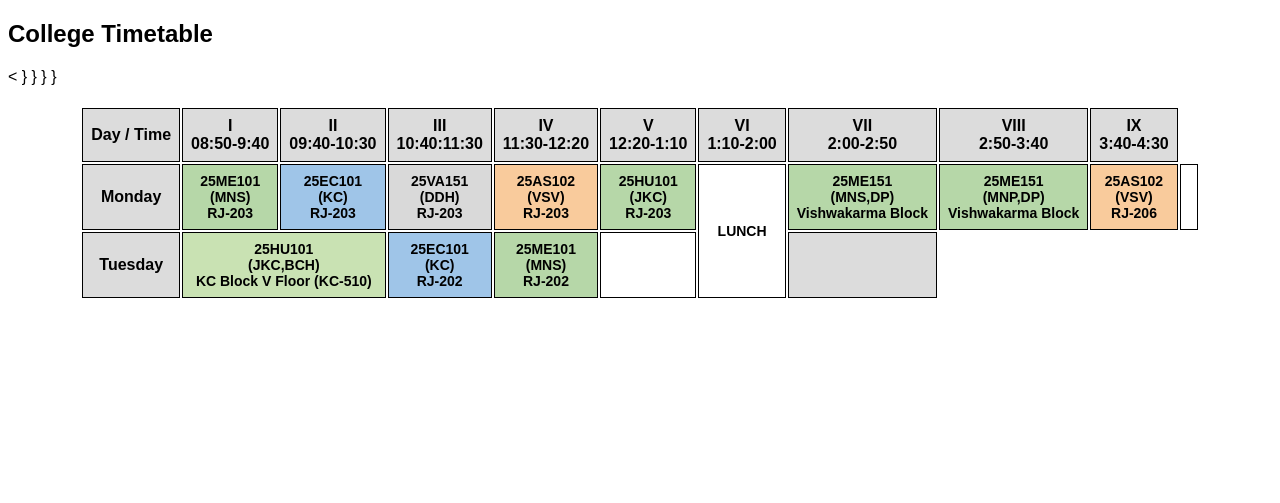
Repository: Glory998/ELCE1-32
Page: experiment3.html
These files come from the project's save history. The page is drawn as it stood at one moment and after the next save; the edit follows.
The browser window is 1280 px wide. The pictures show the whole page.

Above is the page before, as saved 2025-10-23 20:00:54.

### experiment3.html
<!DOCTYPE html>
<html lang="en">
    <head>
        <meta charset="UTF"-8>
        <meta name="viewport"
        content="width=device-width,
        initial-scale=1.0">
        <title>Class Timetable</title>
        <style>
            body {
                font-family: Arial, sans-serif;
                text-align: center
                background-color: #f9f9f9;
            }
            table {
                width: 100%
                border-collapse: collapse;
            margin: 20px auto;
            }
            th, td {
                border: 1px solid #000;
                padding: 8px;
                text-align: center;
            }
            th {
                background-color: #dcdcdc;
            }
            td {
                font-size: 14px;
                font-weight: bold;
            }
            /* Subject Color */
            .green { background-color:
                #b6d7a8; }  /* MNS */
                .blue { background-color:
                    #9fc5e8; }  /* KC */
                    .orange {  background-color:
            #f9cb9c; }  /* VSV */
            .yellow { background-color:
                #fff200; }  /* NS */
                .lightgreen { background-color:
                    #c9e2b3; }  /* Mentor/mentee */
                    .grey { background-color:
                        #d9d9d9; }  /* DDH */
                        .cream { background-color:
                            #fff2cc; }  /* AKS */
                            .lightblue { background-color:
                                #a2c4c9; }  /* Lab blocks */
                                </style>
                                </head>
                                <body>

                                    <h2>College Timetable</h2>

                                    <table>
                                        <tr>
                                            <th>Day / Time</th>
                                            <th>I<br>08:50-9:40</th>
                                            <th>II<br>09:40-10:30</th>
                                            <th>III<br>10:40:11:30</th>
                                            <th>IV<br>11:30-12:20</th>
                                            <th>V<br>12:20-1:10</th>
                                            <th>VI<br>1:10-2:00</th>
                                            <th>VII<br>2:00-2:50</th>
                                            <th>VIII<br>2:50-3:40</th>
                                            <th>IX<br>3:40-4:30</th>
                                            </tr>

                                            <tr>
                                                <th>Monday</th>
                                                <td
                                                class="green">25ME101<br>(MNS)<br>RJ-203</td>
                                                <td
                                                class="blue">25EC101<br>(KC)<br>RJ-203</td>
                                                <td
                                                class="grey">25VA151<br>(DDH)<br>RJ-203</td>
                                                <td
                                                class="orange">25AS102<br>(VSV)<br>RJ-203</td>
                                                <td
                                                class="green">25HU101<br>(JKC)<br>RJ-203</td>
                                                <td rowspan="5">LUNCH</td>
                                                <td
                                                class="green">25ME151<br>(MNS,DP)<br>Vishwakarma Block</td>
                                                <td
                                                class="green">25ME151<br>(MNP,DP)<br>Vishwakarma Block</td>
                                                <td
                                                class="orange">25AS102<br>(VSV)<br>RJ-206</td>
                                                <td></td>
                                                </tr>
                                                <th>Tuesday</th>
                                                <td colspan="2"
                                                class="lightgreen">25HU101<br>(JKC,BCH)<br>KC Block V Floor (KC-510)</td>
                                                <td
                                                class="blue">25EC101<br>(KC)<br>RJ-202</td>
                                                <td
                                                class="green">25ME101<br>(MNS)<br>RJ-202</td>
                                                <td


                                                <tr>
                                                    <th
                                                </tr>


</td>                                        </tr>
                                    <
                                </body>
            }
            }

            }


            }

        </style>

    </head>
</html>

After the next save:
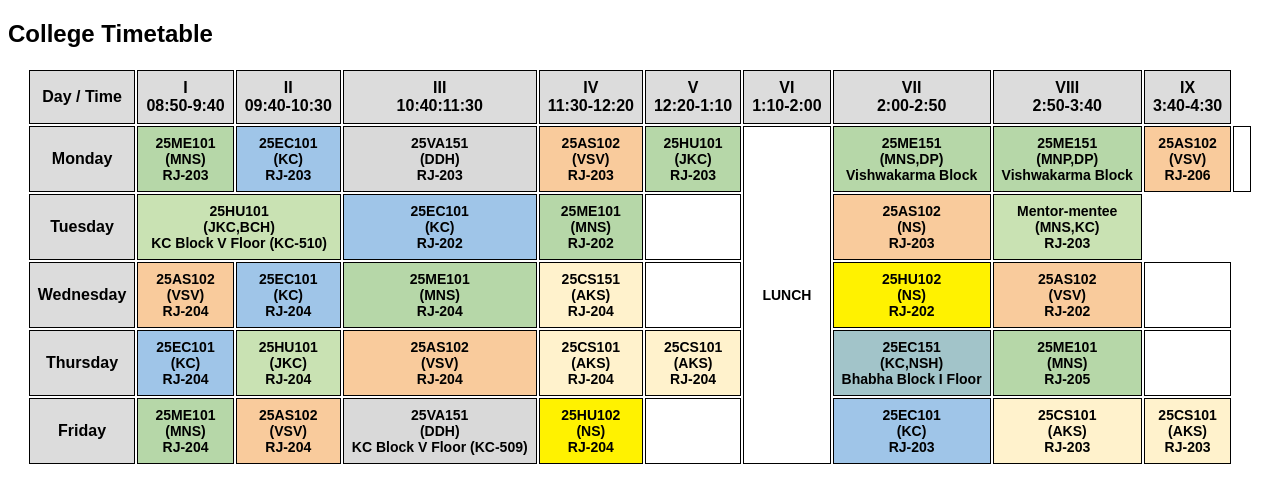
Saved 29 h 2 min later.
--- a/experiment3.html
+++ b/experiment3.html
@@ -94,26 +94,67 @@
                                                 class="blue">25EC101<br>(KC)<br>RJ-202</td>
                                                 <td
                                                 class="green">25ME101<br>(MNS)<br>RJ-202</td>
+                                            <td></td>
+                                            <td
+                                            class="orange">25AS102<br>(NS)<br>RJ-203</td>
+                                            <td
+                                            class="lightgreen">Mentor-mentee<br>(MNS,KC)<br>RJ-203</td>
+                                            </tr>
+
+                                            <tr>
+                                                <th>Wednesday</th>
                                                 <td
+                                                class="orange">25AS102<br>(VSV)<br>RJ-204</td>
+                                                <td
+                                                class="blue">25EC101<br>(KC)<br>RJ-204</td>
+                                                <td
+                                                class="green">25ME101<br>(MNS)<br>RJ-204</td>
+                                                <td
+                                                class="cream">25CS151<br>(AKS)<br>RJ-204</td>
+                                                <td></td>
+                                                <td
+                                                class="yellow">25HU102<br>(NS)<br>RJ-202</td>
+                                                <td
+                                                class="orange">25AS102<br>(VSV)<br>RJ-202</td>
+                                                <td></td>
+                                                </tr>
+                                                <th>Thursday</th>
+                                                <td
+                                                class="blue">25EC101<br>(KC)<br>RJ-204</td>
+                                                <td
+                                                class="lightgreen">25HU101<br>(JKC)<br>RJ-204</td>
+                                                <td
+                                                class="orange">25AS102<br>(VSV)<br>RJ-204</td>
+                                                <td
+                                                class="cream">25CS101<br>(AKS)<br>RJ-204</td>
+                                                <td
+                                                class="cream">25CS101<br>(AKS)<br>RJ-204</td>
+                                                <td
+                                                class="lightblue">25EC151<br>(KC,NSH)<br>Bhabha Block I Floor</td>
+                                                <td
+                                                class="green">25ME101<br>(MNS)<br>RJ-205</td>
+                                                <td></td>
+                                            </tr>
 
+                                            <tr>
+                                                <th>Friday</th>
+                                                <td
+                                                class="green">25ME101<br>(MNS)<br>RJ-204</td>
+                                                <td
+                                                class="orange">25AS102<br>(VSV)<br>RJ-204</td>
+                                                <tD
+                                                class="grey">25VA151<br>(DDH)<br>KC Block V Floor (KC-509)</td>
+                                                <td
+                                                class="yellow">25HU102<br>(NS)<br>RJ-204</td>
+                                                <td></td>
+                                                <td
+                                                class="blue">25EC101<br>(KC)<br>RJ-203</td>
+                                                <td
+                                                class="cream">25CS101<br>(AKS)<br>RJ-203</td>
+                                                <td
+                                                class="cream">25CS101<br>(AKS)<br>RJ-203</td>
+                                                </tr>
+                                                </table>
 
-                                                <tr>
-                                                    <th
-                                                </tr>
-
-
-</td>                                        </tr>
-                                    <
-                                </body>
-            }
-            }
-
-            }
-
-
-            }
-
-        </style>
-
-    </head>
-</html>
+                                            </body>
+                                            </html>
